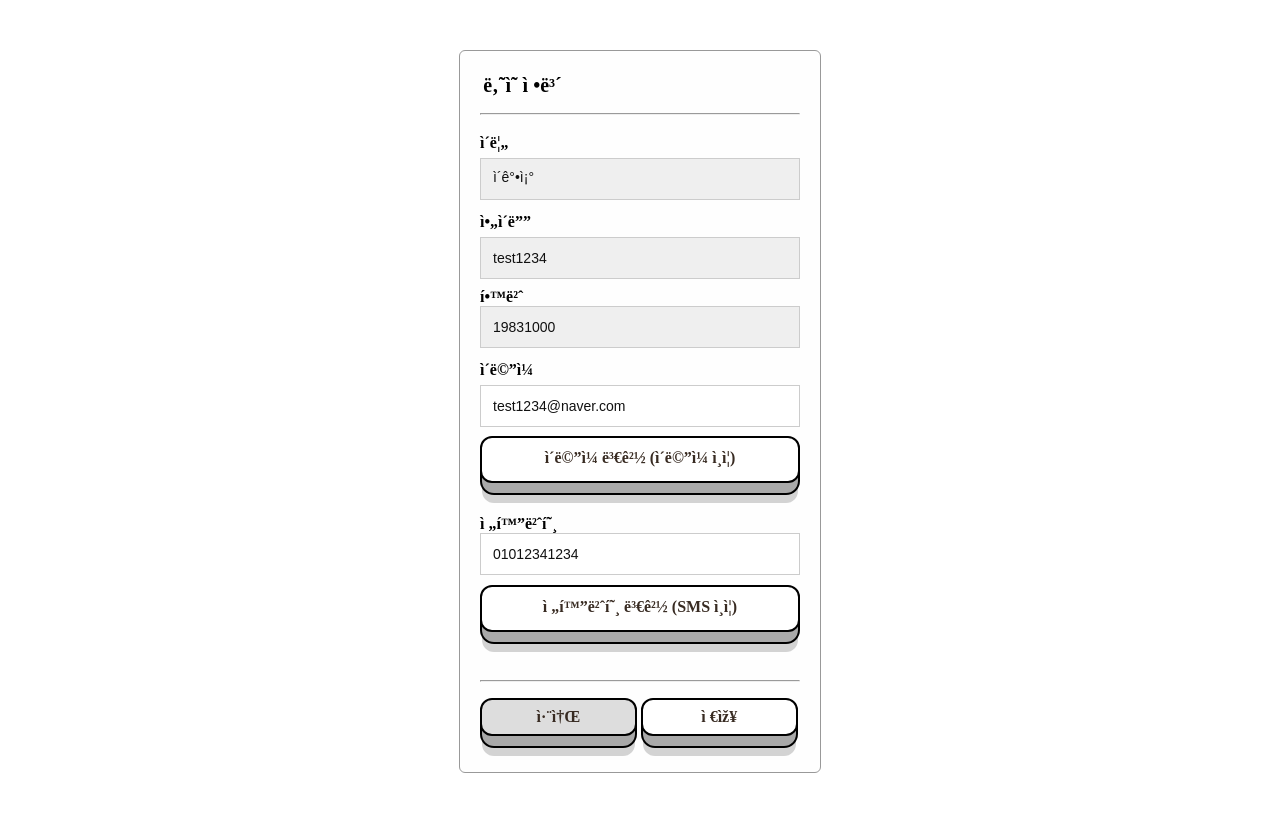
Repository: acredev/Restaurant_Management_System
Page: http://localhost/leekangjo/jsp/mypage/myinfo/myinfo.jsp
An editor plug-in stored every save of this project. The page is shown before and after the next save, followed by the edit.
The browser window is 1280 px wide. The pictures show the whole page.
The page is served by Tomcat 9.

Above is the page before, as saved 2023-05-18 08:16:24.

After the next save:
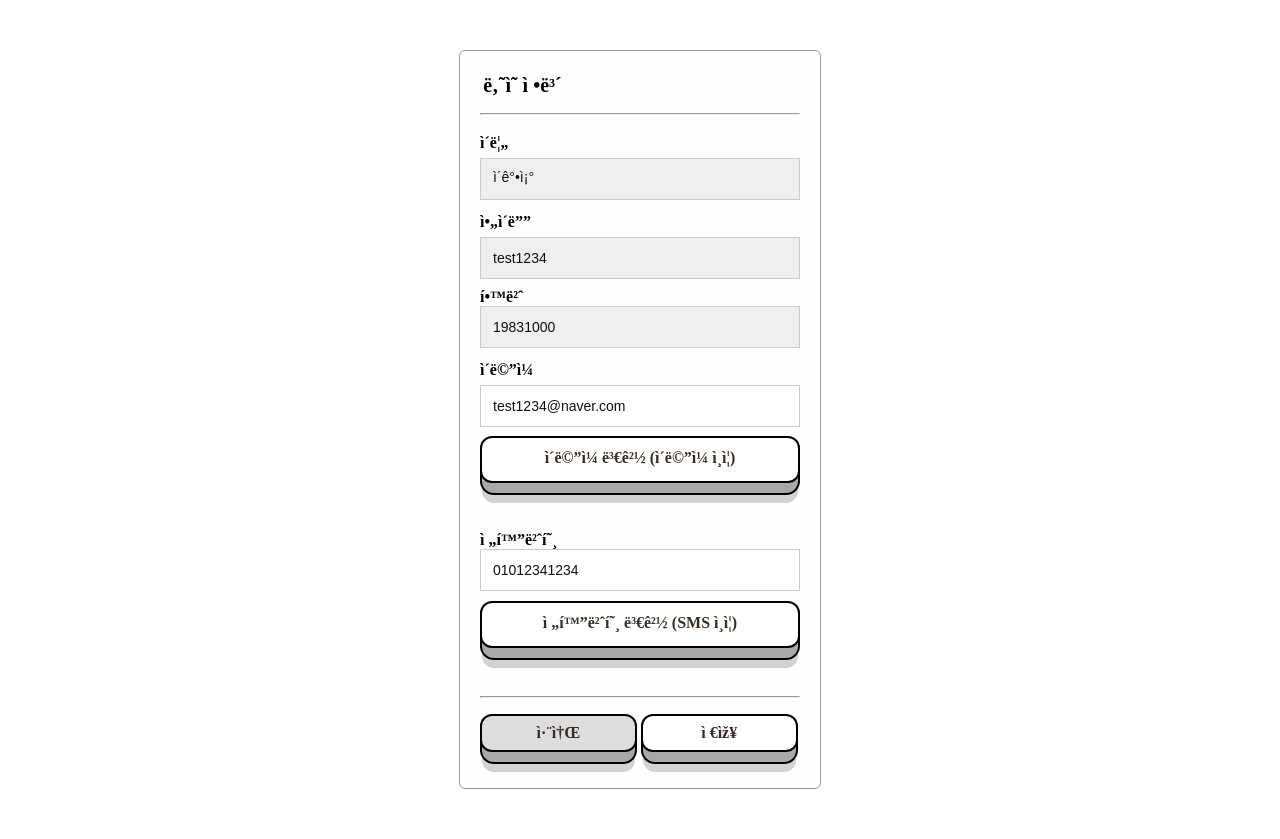
Saved 5 s later.
--- a/leekangjo/WebContent/jsp/mypage/myinfo/myinfo.jsp
+++ b/leekangjo/WebContent/jsp/mypage/myinfo/myinfo.jsp
@@ -22,7 +22,7 @@
                     <input type="number" id="stdid" name="stdid" value='19831000' readonly >
                     <a>이메일</a>
                     <input type="text" id="useremail" name="useremail" value='test1234@naver.com' maxlength="30" >
-                    <button type="button" id="email_change" class="tagbarBT " onclick="alert('민혁선배. 잠깐만 이리 와주세요.')">이메일 변경 (이메일 인증)</button>
+                    <button type="button" id="telnum_change" class="tagbarBT " onclick="alert('민혁선배. 잠깐만 이리 와주세요.')">이메일 변경 (이메일 인증)</button>
                     <a>전화번호</a>
                     <input type="number" id="usertel" name="usertel" value='01012341234' >
                         <button type="button" id="telnum_change" class="tagbarBT " onclick="alert('민혁선배. 잠깐만 이리 와주세요.')">전화번호 변경 (SMS 인증)</button>
